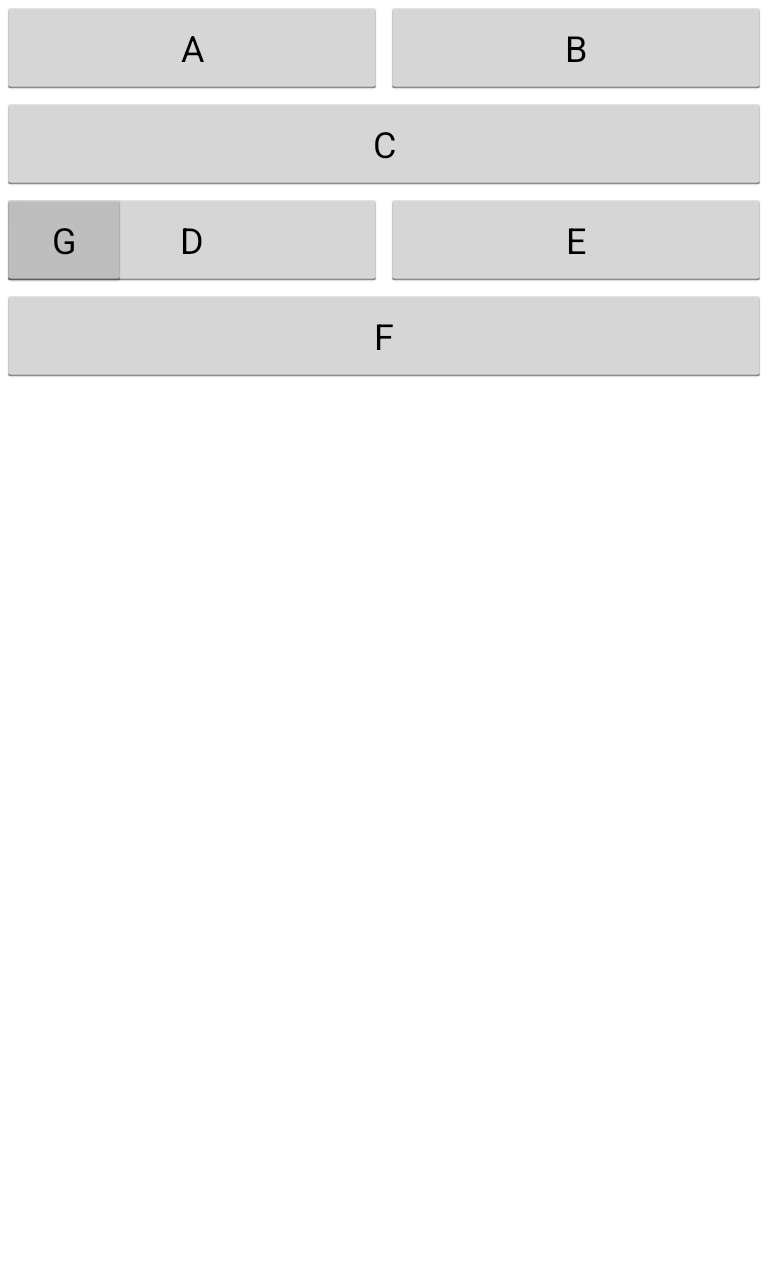
Repository: iracom/ejercicios-android
Layout: Layouts/res/layout/activity_relative.xml
The author's editor kept a copy of each file at every save. The layout is drawn from the files as they stood at one save, then again after the next save.
It is drawn on a 768 x 1280 px phone screen (xhdpi) without system bars, with theme AppTheme; the app's code is not run.

Above is the layout before, as saved 2014-05-07 07:48:37.

### Layouts/res/layout/activity_relative.xml
<RelativeLayout xmlns:android="http://schemas.android.com/apk/res/android"
    xmlns:tools="http://schemas.android.com/tools"
    android:id="@+id/container"
    android:layout_width="match_parent"
    android:layout_height="match_parent"
    tools:context="com.iraitzcompains.layouts.RelativeActivity"
    tools:ignore="MergeRootFrame" >

    <TextView
        android:id="@+id/textView1"
        android:layout_width="wrap_content"
        android:layout_height="wrap_content"
        android:layout_centerInParent="true" />

    <Button
        android:id="@+id/button1"
        android:layout_width="match_parent"
        android:layout_height="wrap_content"
        android:layout_alignParentLeft="true"
        android:layout_alignRight="@id/textView1"
        android:text="@string/button_a" />

    <Button
        android:id="@+id/button2"
        android:layout_width="match_parent"
        android:layout_height="wrap_content"
        android:layout_alignParentRight="true"
        android:layout_alignLeft="@id/textView1"
        android:text="@string/button_b" />

    <Button
        android:id="@+id/button3"
        android:layout_width="wrap_content"
        android:layout_height="wrap_content"
        android:layout_alignParentLeft="true"
        android:layout_alignParentRight="true"
        android:layout_centerHorizontal="true"
        android:layout_below="@id/button1"
        android:text="@string/button_c" />

    <TextView
        android:id="@+id/textView2"
        android:layout_width="wrap_content"
        android:layout_height="wrap_content"
        android:layout_below="@id/button3"
        android:layout_centerInParent="true"/>

    <Button
        android:id="@+id/button4"
        android:layout_width="match_parent"
        android:layout_height="wrap_content"
        android:layout_alignParentLeft="true"
        android:layout_alignRight="@id/textView2"
        android:layout_below="@id/button3"
        android:text="@string/button_d" />

    <Button
        android:id="@+id/button5"
        android:layout_width="match_parent"
        android:layout_height="wrap_content"
        android:layout_alignParentRight="true"
        android:layout_alignLeft="@id/textView2"
        android:layout_below="@id/button3"
        android:text="@string/button_e" />

    <Button
        android:id="@+id/button6"
        android:layout_width="match_parent"
        android:layout_height="wrap_content"
        android:layout_below="@id/button4"
        android:text="@string/button_f" />

    <LinearLayout
        android:layout_width="wrap_content"
        android:layout_height="wrap_content"
        android:layout_alignParentBottom="true"
        android:layout_alignParentLeft="true"
        android:layout_below="@+id/button3"
        android:orientation="vertical" >

        <Button
            android:id="@+id/button7"
            android:layout_width="match_parent"
            android:layout_height="wrap_content"
            android:text="@string/button_g" />

    </LinearLayout>

</RelativeLayout>

### Layouts/res/values/strings.xml
<?xml version="1.0" encoding="utf-8"?>
<resources>

    <string name="app_name">Layouts</string>
    <string name="hello_world">Hello world!</string>
    <string name="action_settings">Settings</string>
    <string name="button_a">A</string>
    <string name="button_b">B</string>
    <string name="button_c">C</string>
    <string name="button_d">D</string>
    <string name="button_e">E</string>
    <string name="button_f">F</string>
    <string name="button_g">G</string>
    <string name="button_h">H</string>
    <string name="button_i">I</string>
    <string name="title_activity_relative">RelativeActivity</string>

</resources>

Loaded but not shown: Layouts/res/values/styles.xml (common file); Layouts/res/values-v11/styles.xml (common file); Layouts/res/values-v14/styles.xml (common file)

After the next save:
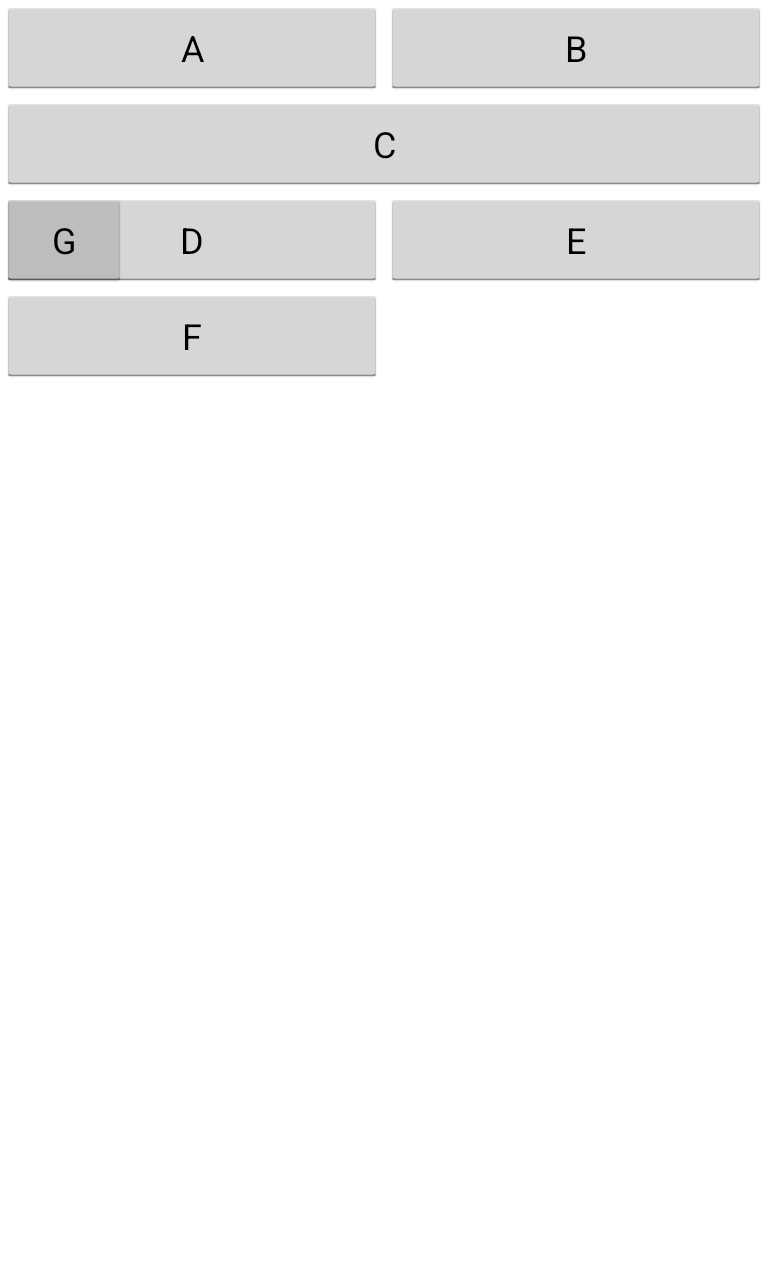
Saved 2 min 15 s later.
--- a/Layouts/res/layout/activity_relative.xml
+++ b/Layouts/res/layout/activity_relative.xml
@@ -63,11 +63,20 @@
         android:layout_below="@id/button3"
         android:text="@string/button_e" />
 
+    <TextView
+        android:id="@+id/textView3"
+        android:layout_width="wrap_content"
+        android:layout_height="match_parent"
+        android:layout_bellow="@+id/textView2"
+        android:layout_centerHorizontal="true"/>
+
     <Button
         android:id="@+id/button6"
         android:layout_width="match_parent"
         android:layout_height="wrap_content"
         android:layout_below="@id/button4"
+        android:layout_alignParentLeft="true"
+        android:layout_alignRight="@id/textView3"
         android:text="@string/button_f" />
 
     <LinearLayout
